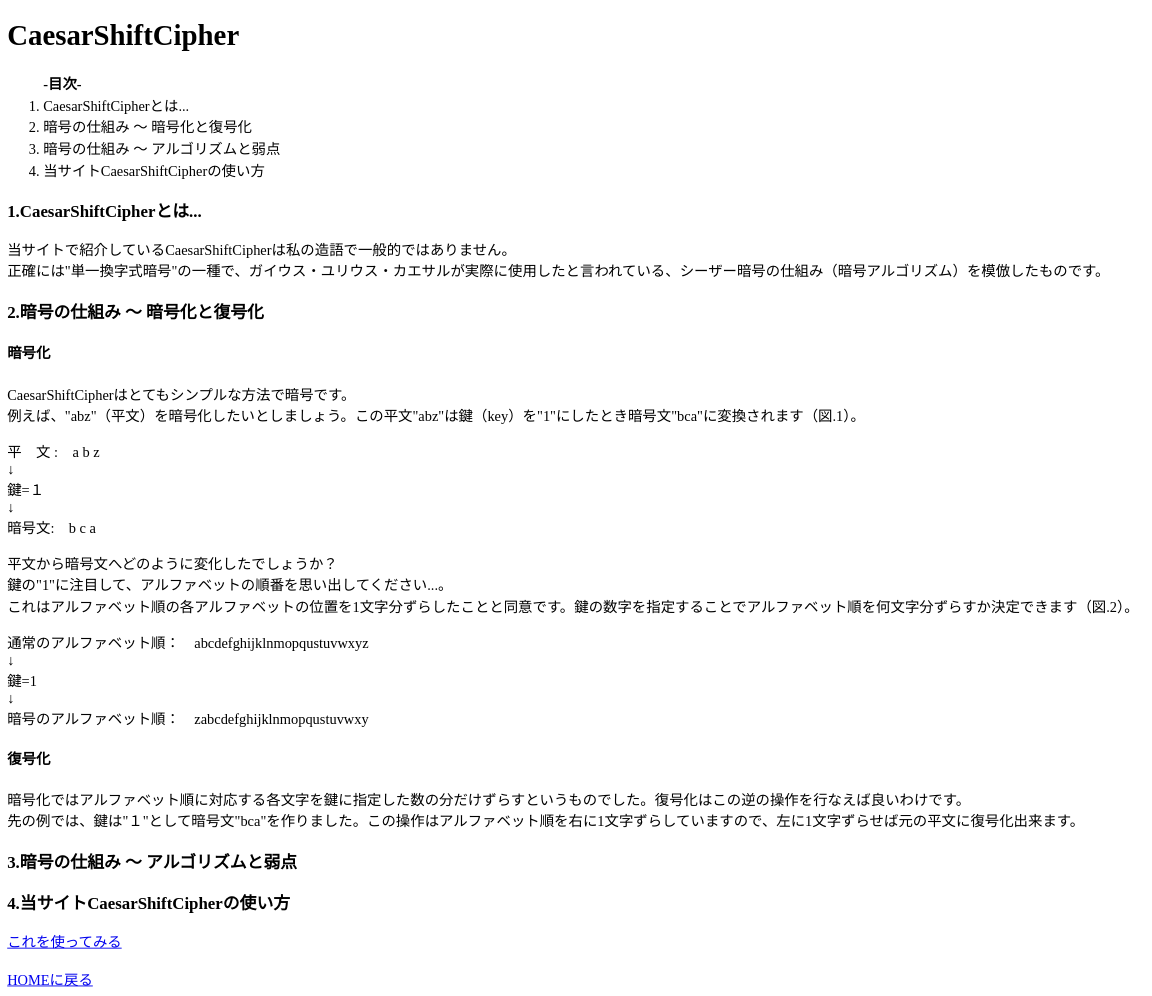
Repository: RantaWatari/TEST
Page: http://localhost/CipherProject/CipherMore?page=1
These files come from the project's save history. The page is drawn as it stood at one moment and after the next save; the edit follows.
The browser window is 1280 px wide. The pictures show the whole page, at 90% of full size.
The page is served by Tomcat 9.

Above is the page before, as saved 2017-07-25 03:59:41.

After the next save:
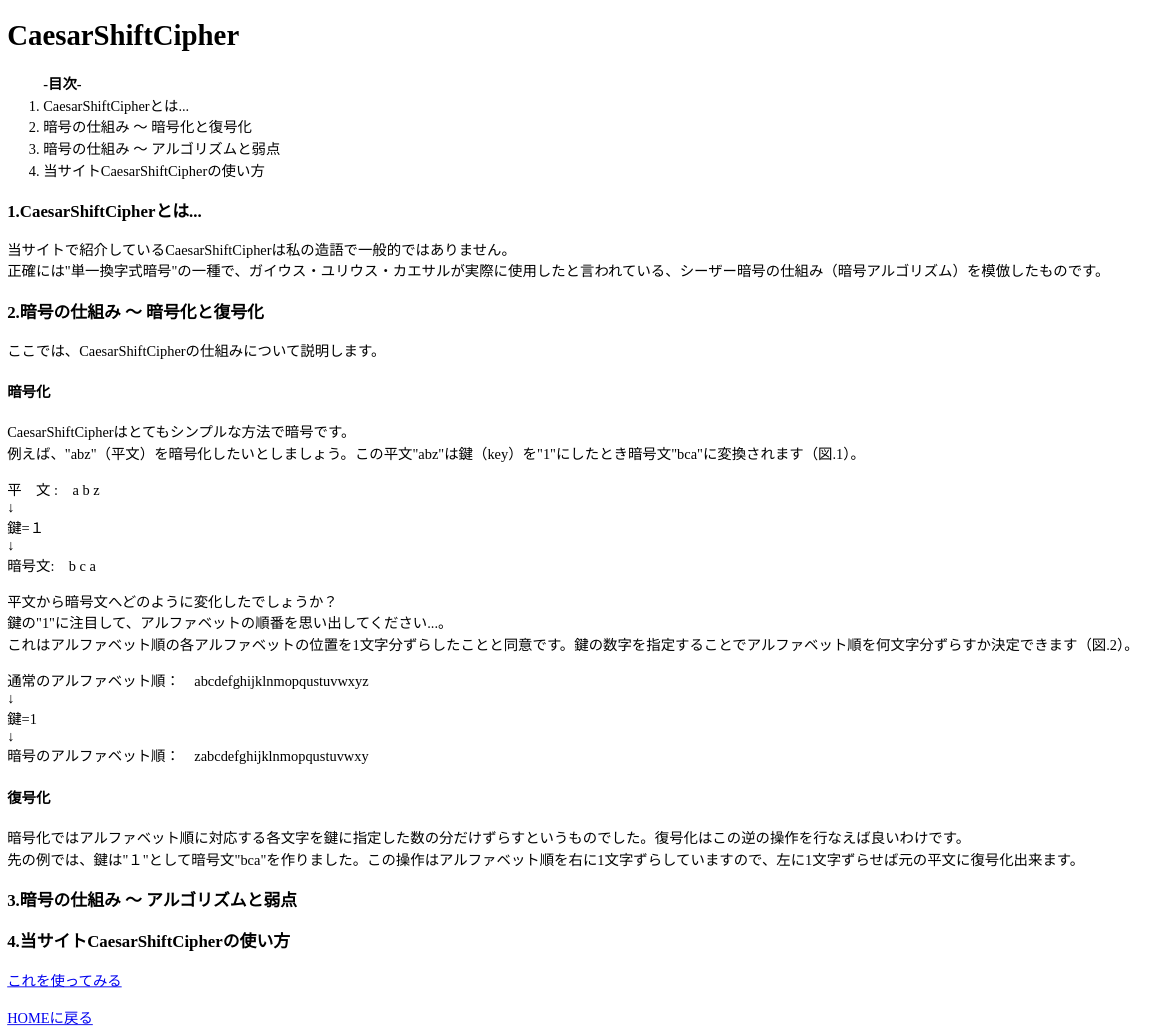
Saved 2 h 0 min later.
--- a/CipherProject/WebContent/WEB-INF/jsp/CaesarShiftCipher.jsp
+++ b/CipherProject/WebContent/WEB-INF/jsp/CaesarShiftCipher.jsp
@@ -20,6 +20,7 @@
 	<p>当サイトで紹介しているCaesarShiftCipherは私の造語で一般的ではありません。<br>
 		正確には"単一換字式暗号"の一種で、ガイウス・ユリウス・カエサルが実際に使用したと言われている、シーザー暗号の仕組み（暗号アルゴリズム）を模倣したものです。</p>
 <h3>2.暗号の仕組み ～ 暗号化と復号化</h3>
+	<p>ここでは、CaesarShiftCipherの仕組みについて説明します。</p>
 	<h4>暗号化</h4>
 		<p>CaesarShiftCipherはとてもシンプルな方法で暗号です。<br>
 			例えば、"abz"（平文）を暗号化したいとしましょう。この平文"abz"は鍵（key）を"1"にしたとき暗号文"bca"に変換されます（図.1）。</p>
